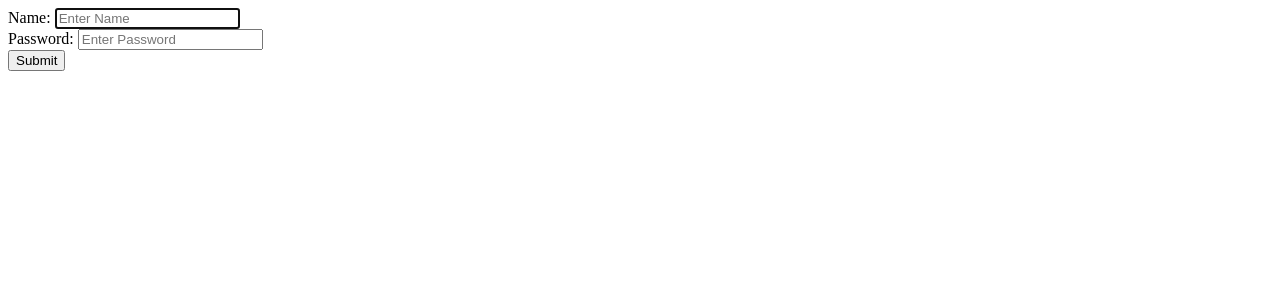
Repository: SHARMILAG97/WebApplication
Page: http://localhost/watercan-web/adminlogin.jsp
The author's editor kept a copy of each file at every save. The page is drawn from the files as they stood at one save, then again after the next save.
The browser window is 1280 px wide. The pictures show the whole page.
The page is served by Tomcat 9.

Above is the page before, as saved 2019-09-10 08:23:41.

After the next save:
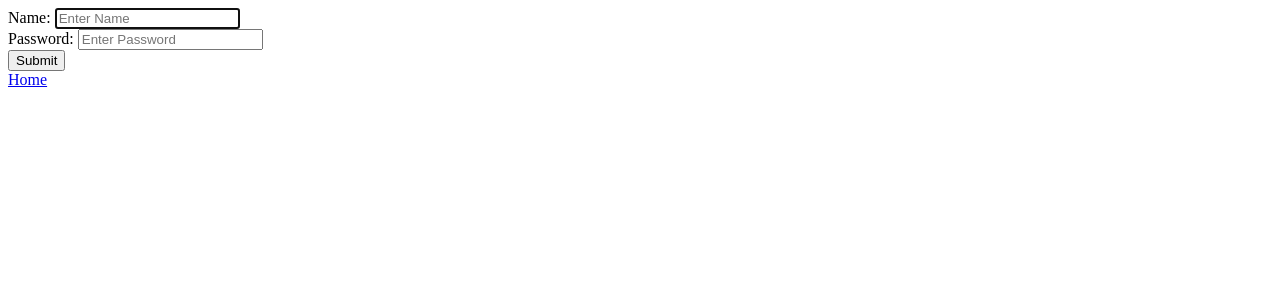
Saved 46 s later.
--- a/watercan-web/src/main/webapp/adminlogin.jsp
+++ b/watercan-web/src/main/webapp/adminlogin.jsp
@@ -17,5 +17,6 @@
 <br/>
 <button type="submit">Submit</button>
 </form>
+<a href="index.jsp">Home</a>
 </body>
 </html>
